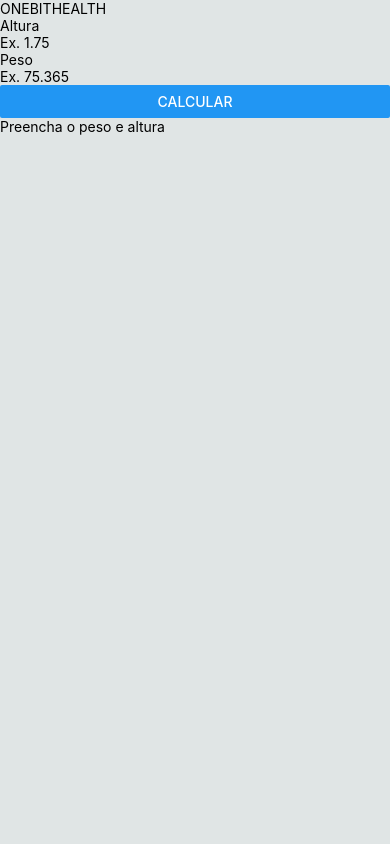
Repository: GustavoMSevero/onebithealth
Screen: /
An editor plug-in stored every save of this project. The screen is shown before and after the next save, followed by the edit.
The app was drawn by React Native's web renderer in a window 390 px wide. The project was rebuilt for these pictures with package versions that can differ from the ones it lists, and the page was loaded fresh each time.

Above is the screen before, as saved 2024-09-06 15:57:02.

### App.js
import { StyleSheet, View } from 'react-native';
import Title from './src/components/Title';
import Main from './src/components/Main';

export default function App() {
  return (
    <View style={styles.container}>
      <Title />
      <Main />
    </View>
  );
}

const styles = StyleSheet.create({
  container: {
    flex: 1,
    backgroundColor: '#e0e5e5',

  },
});

### src/components/Title/index.js
import React from "react";
import { View, Text } from "react-native";

export default function Title() {
    return(
        <View>
            <Text>ONEBITHEALTH</Text>
        </View>
    );
}

### src/components/Main/index.js
import React from "react";
import { View } from "react-native";
import Form from "../Form";

export default function Main() {
    return(
        <View>
            <Form />
        </View>
    );
}

### src/components/Form/index.js
import React, { useState } from "react";
import { TextInput, View, Text, Button } from "react-native";
import ResultImc from "./ResultImc";

export default function Form() {

    const [height, setHeight] = useState(null)
    const [weight, setWeigth] = useState(null)
    const [messageImc, setMessageImc] = useState("Preencha o peso e altura")
    const [imc, setImc] = useState(null)
    const [textButton, setTextButton] = useState("Calcular")

    function imcCalculator() {
        // return setImc((weight/(height*height)).toFixed(2));
        return setImc(((height*height)/weight));
    }

    function validationImc() {
        if(weight != null && height != null) {
            imcCalculator()
            setHeight(null)
            setWeigth(null)
            setMessageImc("Se imc é igual: ")
            setTextButton("Calcular novamente")
            return
        }
        setImc(null)
        setTextButton("Calcular")
        setMessageImc("Preencha o peso e altura")
    }

    return(
        <View>
            <View>

                <Text>Altura</Text>
                <TextInput
                    onChange={setHeight}
                    value={height}
                    placeholder="Ex. 1.75"
                    keyboardType="numeric"
                />

                <Text>Peso</Text>
                <TextInput
                    onChange={setWeigth}
                    value={weight}
                    placeholder="Ex. 75.365"
                    keyboardType="numeric"
                />
                <Button
                    onPress={() => validationImc()}
                    title={textButton}
                />
            </View>
            <ResultImc messageResultImc={messageImc} resultImc={imc} />
        </View>
    );
}

### src/components/Form/ResultImc/index.js
import React from "react";
import { View, Text } from "react-native";

export default function ResultImc(props) {
    return(
        <View>
            <Text>{props.messageResultImc}</Text>
            <Text>{props.resultImc}</Text>
        </View>
    );
}

After the next save:
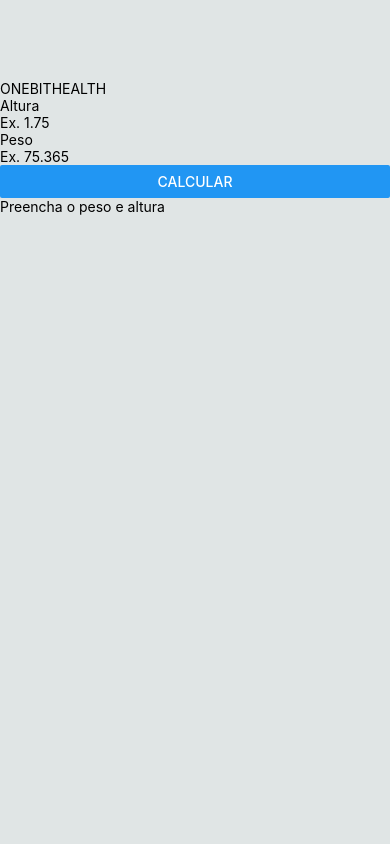
Saved 13 s later.
--- a/App.js
+++ b/App.js
@@ -15,6 +15,6 @@
   container: {
     flex: 1,
     backgroundColor: '#e0e5e5',
-
+    paddingTop: 80,
   },
 });
